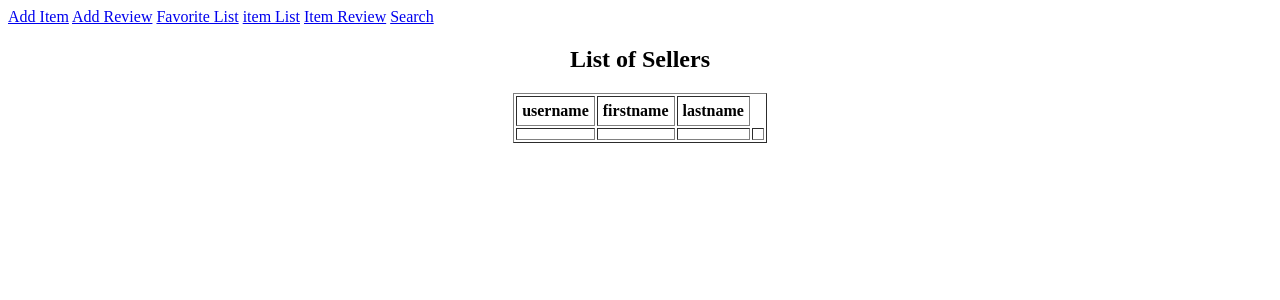
Repository: HamdanM/DatabaseProject
Page: http://localhost/DB3/seller.jsp
The author's editor kept a copy of each file at every save. The page is drawn from the files as they stood at one save, then again after a run of saves.
The browser window is 1280 px wide. The pictures show the whole page.
The page is served by Tomcat 9. Other server files are loaded and not shown.

Above is the page before, as saved 2019-07-15 02:08:44.

### DB3/WebContent/seller.jsp
<%@ page language="java" contentType="text/html; charset=UTF-8"
    pageEncoding="UTF-8"%>
<!DOCTYPE html>
<html>
<head>
<meta charset="UTF-8">
<title>Insert title here</title>
</head>
<body>
<a href="addITem">Add Item</a>
<a href="addReview">Add Review</a>
<a href="favlist">Favorite List</a>
<a href="itemList">item List</a>
<a href="itemReview">Item Review</a>
<a href="search">Search</a>

  <div align="center">
        <table border="1" cellpadding="5">
            <caption><h2>List of Sellers</h2></caption>
            <tr>
                <th>username</th>
                <th>firstname</th>
                <th>lastname</th>

            </tr>
            <c:forEach var="user" items="${listUser}">
                <tr>
                    <td><c:out value="${user.Username}" /></td>
                    <td><c:out value="${user.firstName}" /></td>
                    <td><c:out value="${user.lastName}" /></td>
                    <td>

                    </td>
                </tr>
            </c:forEach>
        </table>
    </div>

</body>
</html>

After the next 2 saves:
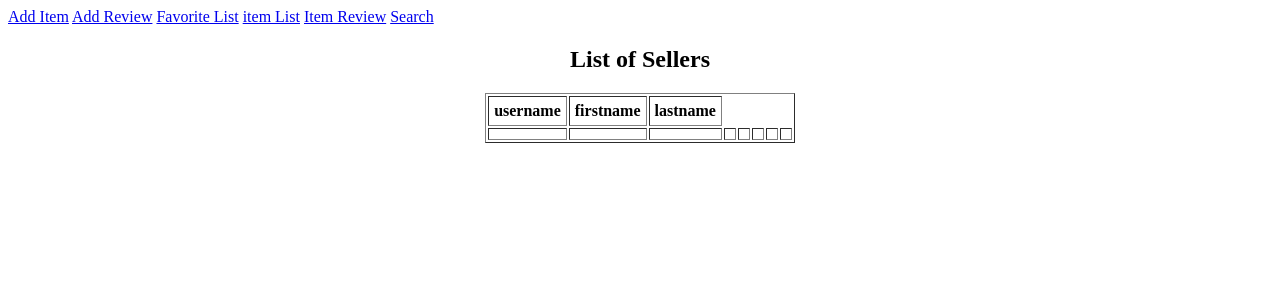
The 2 saves are shown as one change because they came seconds apart.
The last was saved 83 s later.
--- a/DB3/WebContent/seller.jsp
+++ b/DB3/WebContent/seller.jsp
@@ -25,10 +25,16 @@
             </tr>
             <c:forEach var="user" items="${listUser}">
                 <tr>
-                    <td><c:out value="${user.Username}" /></td>
+                    <td><c:out value="${user.username}" /></td>
                     <td><c:out value="${user.firstName}" /></td>
                     <td><c:out value="${user.lastName}" /></td>
+                    <td><c:out value="${user.email}" /></td>
+                    <td><c:out value="${user.gender}" /></td>
+                    <td><c:out value="${user.age}" /></td>
+                    <td><c:out value="${user.level}" /></td>
                     <td>
+
+
 
                     </td>
                 </tr>
